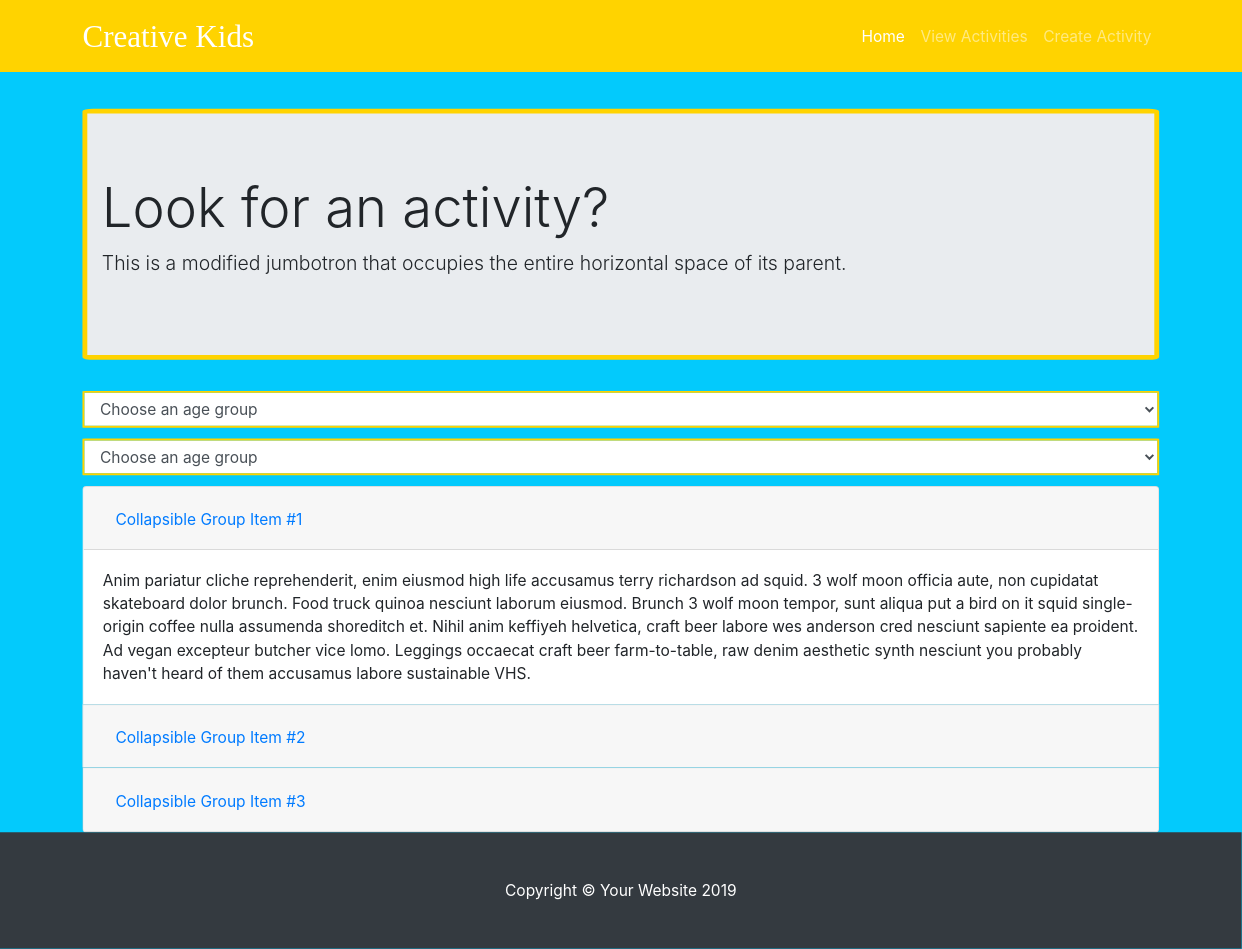
Repository: Neilfoster/milestone_project_3
Page: http://localhost/activity_view
The author's editor kept a record of every edit. The page is drawn from the files as they stood at one moment, then again after the next edit.
The browser window is 1280 px wide. The pictures show the whole page, at 97% of full size.
Some web fonts or font styles are not loaded; a fallback is used. Some web libraries are served in a nearby version. The page is served by the project's application, run on Flask 3 (app.py). Queries for data that is not in the repository find no rows.

Above is the page before.

### templates/activity_view.html
{% extends "base.html" %} {% block content %}
<div class="container">
    <!-- heading -->
    <div class="jumbotron jumbotron-fluid cstm_jumb">
        <div class="container">
            <h1 class="display-4">Look for an activity?</h1>
            <p class="lead">This is a modified jumbotron that occupies the entire horizontal space of its parent.</p>
        </div>
    </div>
    <!-- Select Menus -->
    <select class="form-control cstm_select" id="age_group" name="age_group">
            <option value="" disabled selected>Choose an age group</option>
               {% for age in ages %}
            <option value="{{ages.age_group.capitalize()}}">{{ages.age_group.capitalize()}}</option>
               {% endfor %}
    </select>

    <select class="form-control cstm_select" id="age_group" name="age_group">
            <option value="" disabled selected>Choose an age group</option>
               {% for duration in durations %}
            <option value="{{durations.activity_duration.capitalize()}}">{{durations.activity_duration.capitalize()}}</option>
               {% endfor %}
    </select>



    <!-- Cards -->
    <div class="row">
        {%for activity in activities %}


        <div class="col-lg-4 col-md-6 col-sm col-xs-12">
            <div class="card cstm_card accordion" style="width: 18rem;">
                <img src="https://images-na.ssl-images-amazon.com/images/I/91TPy6s2TzL._SX425_.jpg" class="card-img-top" alt="...">
                <div class="card-body">
                    <h5 class="card-title"> {{activity.activity_name}} </h5>
                </div>
                <ul class="list-group list-group-flush">
                    <li class="list-group-item"><strong>Age:</strong> {{activity.age_group}}</li>
                    <li class="list-group-item"><strong>Duration:</strong> {{activity.activity_duration}}</li>
                    <li class="list-group-item"><strong>Equipment:</strong> {{activity.equipment}}</li>
                </ul>
                <div class="card-body">
                    <div class="card">
                        <div class="card-header" id="headingOne">
                            <h2 class="mb-0">
                                <button class="btn btn-link" type="button" data-toggle="collapse" data-target="#collapseOne" aria-expanded="true" aria-controls="collapseOne">
                                          View Details
                                </button>
                            </h2>
                        </div>
                        <div id="collapseOne" class="collapse show" aria-labelledby="headingOne" data-parent="#accordionExample">
                            <div class="card-body">
                               {{activity.details}}
                            </div>
                        </div>
                    </div>
                </div>
            </div>
        </div>

        {% endfor %}
    </div>


    <div class="accordion" id="accordionExample">
        <div class="card">
            <div class="card-header" id="headingOne">
                <h2 class="mb-0">
                    <button class="btn btn-link" type="button" data-toggle="collapse" data-target="#collapseOne" aria-expanded="true" aria-controls="collapseOne">
          Collapsible Group Item #1
        </button>
                </h2>
            </div>

            <div id="collapseOne" class="collapse show" aria-labelledby="headingOne" data-parent="#accordionExample">
                <div class="card-body">
                    Anim pariatur cliche reprehenderit, enim eiusmod high life accusamus terry richardson ad squid. 3 wolf moon officia aute, non cupidatat skateboard dolor brunch. Food truck quinoa nesciunt laborum eiusmod. Brunch 3 wolf moon tempor, sunt aliqua put a bird
                    on it squid single-origin coffee nulla assumenda shoreditch et. Nihil anim keffiyeh helvetica, craft beer labore wes anderson cred nesciunt sapiente ea proident. Ad vegan excepteur butcher vice lomo. Leggings occaecat craft beer farm-to-table,
                    raw denim aesthetic synth nesciunt you probably haven't heard of them accusamus labore sustainable VHS.
                </div>
            </div>
        </div>
        <div class="card">
            <div class="card-header" id="headingTwo">
                <h2 class="mb-0">
                    <button class="btn btn-link collapsed" type="button" data-toggle="collapse" data-target="#collapseTwo" aria-expanded="false" aria-controls="collapseTwo">
          Collapsible Group Item #2
        </button>
                </h2>
            </div>
            <div id="collapseTwo" class="collapse" aria-labelledby="headingTwo" data-parent="#accordionExample">
                <div class="card-body">
                    Anim pariatur cliche reprehenderit, enim eiusmod high life accusamus terry richardson ad squid. 3 wolf moon officia aute, non cupidatat skateboard dolor brunch. Food truck quinoa nesciunt laborum eiusmod. Brunch 3 wolf moon tempor, sunt aliqua put a bird
                    on it squid single-origin coffee nulla assumenda shoreditch et. Nihil anim keffiyeh helvetica, craft beer labore wes anderson cred nesciunt sapiente ea proident. Ad vegan excepteur butcher vice lomo. Leggings occaecat craft beer farm-to-table,
                    raw denim aesthetic synth nesciunt you probably haven't heard of them accusamus labore sustainable VHS.
                </div>
            </div>
        </div>
        <div class="card">
            <div class="card-header" id="headingThree">
                <h2 class="mb-0">
                    <button class="btn btn-link collapsed" type="button" data-toggle="collapse" data-target="#collapseThree" aria-expanded="false" aria-controls="collapseThree">
          Collapsible Group Item #3
        </button>
                </h2>
            </div>
            <div id="collapseThree" class="collapse" aria-labelledby="headingThree" data-parent="#accordionExample">
                <div class="card-body">
                    Anim pariatur cliche reprehenderit, enim eiusmod high life accusamus terry richardson ad squid. 3 wolf moon officia aute, non cupidatat skateboard dolor brunch. Food truck quinoa nesciunt laborum eiusmod. Brunch 3 wolf moon tempor, sunt aliqua put a bird
                    on it squid single-origin coffee nulla assumenda shoreditch et. Nihil anim keffiyeh helvetica, craft beer labore wes anderson cred nesciunt sapiente ea proident. Ad vegan excepteur butcher vice lomo. Leggings occaecat craft beer farm-to-table,
                    raw denim aesthetic synth nesciunt you probably haven't heard of them accusamus labore sustainable VHS.
                </div>
            </div>

        </div>
    </div>

</div>

{% endblock %}

### templates/base.html
<!DOCTYPE html>
<html lang="en">

<head>

  <meta charset="utf-8">
  <meta name="viewport" content="width=device-width, initial-scale=1, shrink-to-fit=no">
  <meta name="description" content="">
  <meta name="author" content="">

  <title>Creative Kids</title>

  <!-- Bootstrap core CSS -->
  <link href="static/css/bootstrap.min.css" rel="stylesheet">

  <!-- CDN for Bootstrap core CSS -->
  <!-- <link rel="stylesheet" href="https://stackpath.bootstrapcdn.com/bootstrap/4.3.1/css/bootstrap.min.css" type="text/css" /> -->

  <!-- Custom styles for this template -->
  <link href="static/css/small-business.css" rel="stylesheet">

  <!-- Custom styles-->
  <link href="static/css/style.css" rel="stylesheet">

  <!-- Google Fonts-->
  <link href="https://fonts.googleapis.com/css?family=Butterfly+Kids&display=swap" rel="stylesheet">

</head>

<body>

  <!-- Navigation -->
  <nav class="navbar navbar-expand-lg navbar-dark fixed-top cstmnav">
    <div class="container">
      <a class="navbar-brand nav_txt" href="{{url_for('activity_view')}}">Creative Kids</a>
      <button class="navbar-toggler" type="button" data-toggle="collapse" data-target="#navbarResponsive" aria-controls="navbarResponsive" aria-expanded="false" aria-label="Toggle navigation">
        <span class="navbar-toggler-icon"></span>
      </button>
      <div class="collapse navbar-collapse" id="navbarResponsive">
        <ul class="navbar-nav ml-auto">
          <li class="nav-item active">
            <a class="nav-link" href="">Home
              <span class="sr-only">(current)</span>
            </a>
          </li>
          <li class="nav-item">
            <a class="nav-link" href="{{url_for('activity_view')}}">View Activities</a>
          </li>
          <li class="nav-item">
            <a class="nav-link" href="{{url_for('add_activity')}}">Create Activity</a>
          </li>

        </ul>
      </div>
    </div>
  </nav>

  {% block content %} {% endblock %}



  <!-- Footer -->
  <footer class="py-5 bg-dark">
    <div class="container">
      <p class="m-0 text-center text-white">Copyright &copy; Your Website 2019</p>
    </div>
    <!-- /.container -->
  </footer>


  <!-- Bootstrap core JavaScript -->
  <script src="static/js/jquery.min.js"></script>
  <script src="static/js/bootstrap.bundle.min.js"></script>

<!-- Font Awesome js-->
  <script src="https://kit.fontawesome.com/8aa891fdce.js" crossorigin="anonymous"></script>
</body>

</html>

### app.py
import os
from flask import Flask, render_template, redirect, request, url_for
from flask_pymongo import PyMongo
from bson.objectid import ObjectId

app = Flask(__name__)

app.config["MONGO_DBNAME"] = 'milestoneproject3me'
app.config["MONGO_URI"] = os.environ.get('mongo_uri')

mongo = PyMongo(app)

@app.route('/')
@app.route('/home')
def get_activities():
    return render_template("home.html",
    activities=mongo.db.Activities.find())

@app.route('/activity_view')
def activity_view():
    return render_template('activity_view.html',
    activities=mongo.db.Activities.find().limit(6),
    ages=mongo.db.ages.find(),
    durations=mongo.db.duration.find())

@app.route('/add_activity', methods=['POST', 'GET'])
def add_activity():
    return render_template('add_activity.html',
    ages=mongo.db.ages.find(),
    durations=mongo.db.duration.find())

@app.route('/insert_activity', methods=['POST'])
def insert_activity():
    activities=mongo.db.Activities
    activities.insert_one(request.form.to_dict())
    return redirect(url_for('activity_view'))


if __name__ == "__main__":
    app.run(host=os.environ.get('IP'),
        port=int(os.environ.get('PORT')),
        debug=True)

### static/css/style.css
body {
    background-color: #03cafc;

}

.forum_text {
    margin-left: 1%;
}

.my_button{
    margin-bottom: 2%;
}

.cstmnav{
    background-color: #ffd300;
}

.cstm_jumb{
    border: 5px solid #ffd300;
    border-radius:1%;
    margin-top: 5%;
}

.cstm_select {
    border: 2px solid #ffd300;
    border-radius:1%;
    margin-top:1%;
    margin-bottom: 1%;
}

.cstm_card {
    border: 2px solid #ffd300;
    border-radius:1%;
    margin:1%;
}

.cstm_jumb_home{
    background-color: #ffd300;
}

.nav_txt {
    font-size:2rem;
    font-family: 'Butterfly Kids', cursive;
}

.home_title {
    font-family: 'Butterfly Kids', cursive;
    font-size:3rem;
}

.add_forum {
     border: 2px solid #ffd300;
    border-radius:1%;
}

.add_title {
    font-family: 'Butterfly Kids', cursive;
    font-size: 4rem;
}

Loaded but not shown: static/css/bootstrap.min.css (library); static/css/small-business.css (common file); static/js/jquery.min.js (library); static/js/bootstrap.bundle.min.js (library)

After the next edit:
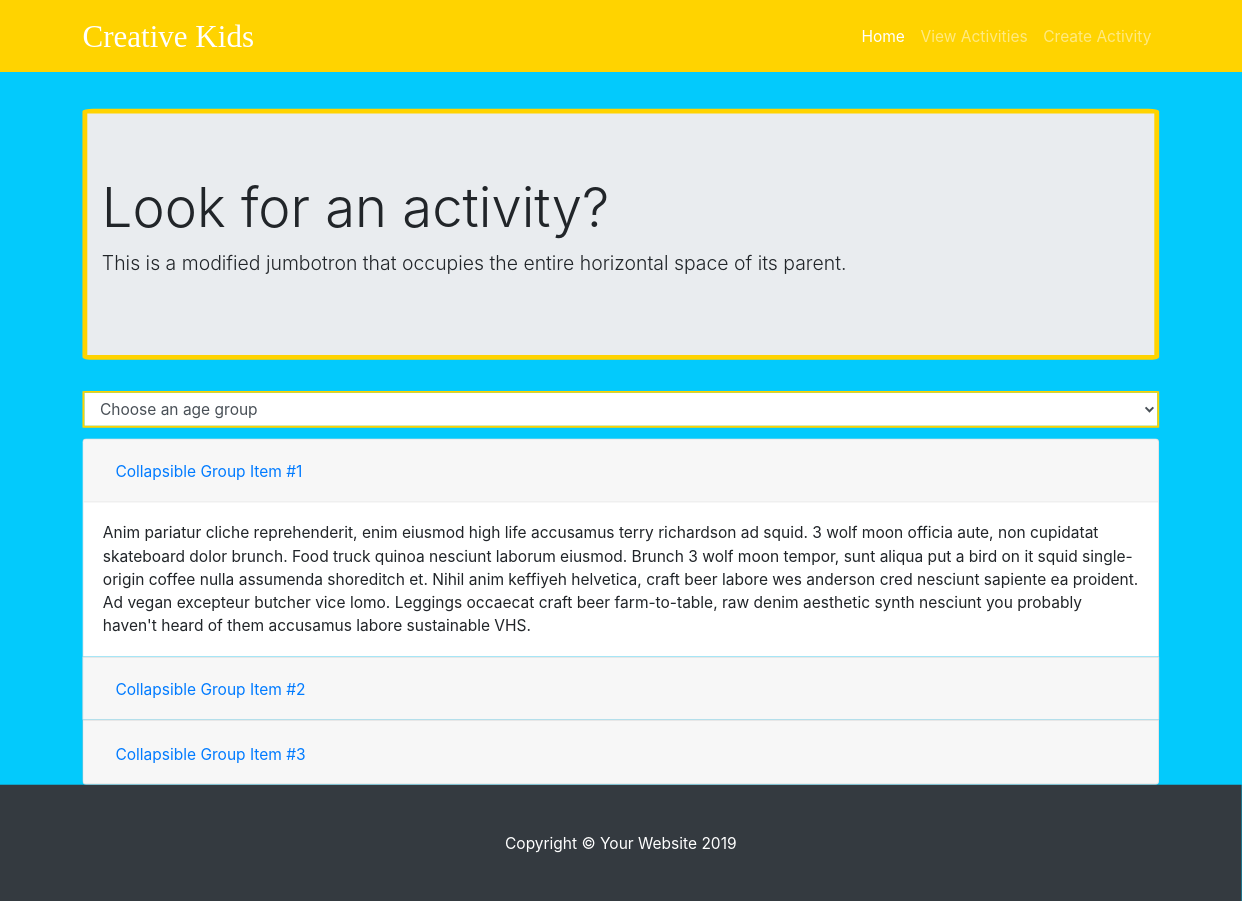
The edit:
--- a/templates/activity_view.html
+++ b/templates/activity_view.html
@@ -15,7 +15,7 @@
                {% endfor %}
     </select>
 
-    <select class="form-control cstm_select" id="age_group" name="age_group">
+   <!-- <select class="form-control cstm_select" id="activity_duration" name="activity_duration">
             <option value="" disabled selected>Choose an age group</option>
                {% for duration in durations %}
             <option value="{{durations.activity_duration.capitalize()}}">{{durations.activity_duration.capitalize()}}</option>
